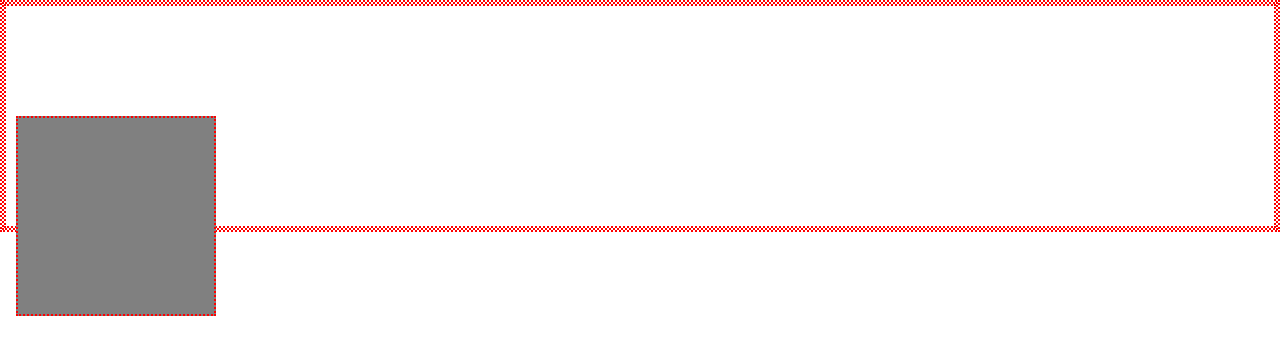
Repository: LavriaNeptune/css-basic
Page: position/left.html
These files come from the project's save history. The page is drawn as it stood at one moment and after the next save; the edit follows.
The browser window is 1280 px wide. The pictures show the whole page.

Above is the page before, as saved 2022-08-19 19:59:21.

After the next save:
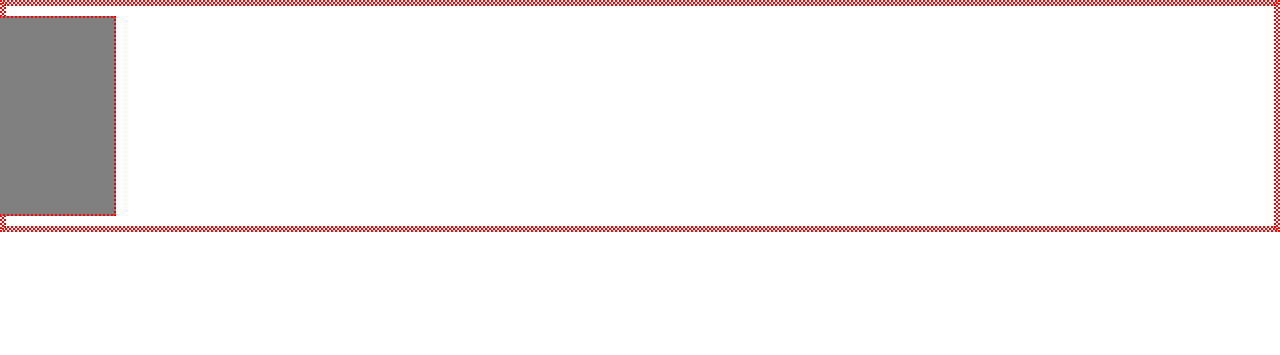
Saved 5 s later.
--- a/position/left.html
+++ b/position/left.html
@@ -20,7 +20,7 @@
 
         position: relative;
 
-        bottom: -100px;
+        left: -100px;
         /* bottom 的设置取决于当前元素的定位属性:是 absolute 还是 relative
         表示相对于定位元素底部的距离,可接受复数(表示反方向)
         默认值为 auto -> 表示按照元素的 static 模式进行定位 */
